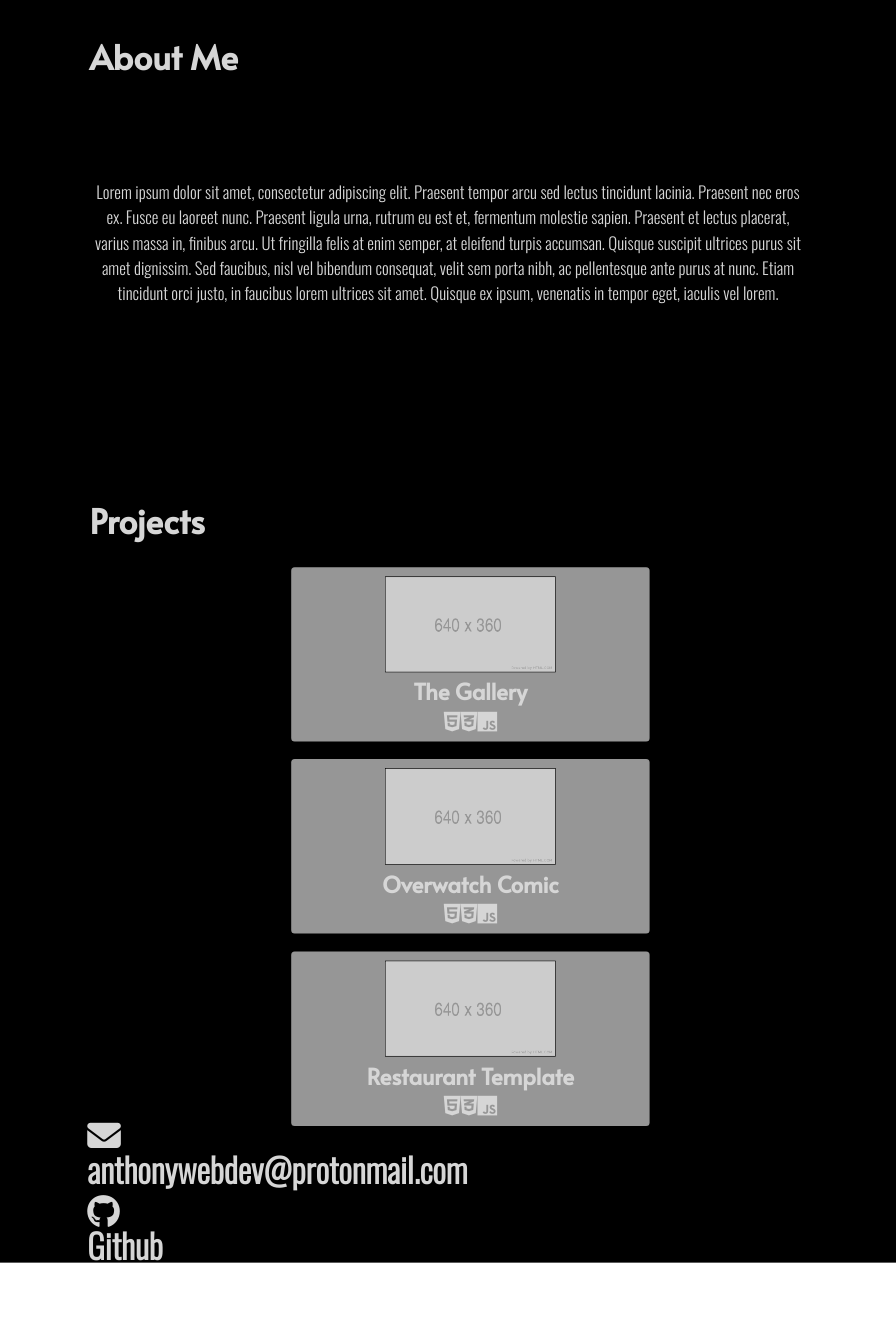
Repository: sloppytony/newport
Page: / (app in portfolio/)
The author's editor kept a copy of each file at every save. The page is drawn from the files as they stood at one save, then again after the next save.
The browser window is 1280 px wide. The pictures show the part of the page from y = 789 to 2709 px (the page is 2704 px tall before and 2709 px after), at 70% of full size.
Some web libraries are served in a nearby version. The project was rebuilt for these pictures with package versions that can differ from the ones it lists, and the page was loaded fresh each time. Also part of the build but not shown: portfolio/src/index.css.

Above is the page before, as saved 2020-08-23 19:53:52.

### portfolio/public/index.html
<!DOCTYPE html>
<html lang="en">
  <head>
    <meta charset="utf-8" />
    <link rel="icon" href="%PUBLIC_URL%/favicon.ico" />
    <meta name="viewport" content="width=device-width, initial-scale=1" />
    <meta name="theme-color" content="#000000" />
    <meta
      name="description"
      content="Web site created using create-react-app"
    />
    <link rel="apple-touch-icon" href="%PUBLIC_URL%/logo192.png" />
    <!--
      manifest.json provides metadata used when your web app is installed on a
      user's mobile device or desktop. See https://developers.google.com/web/fundamentals/web-app-manifest/
    -->
    <link rel="manifest" href="%PUBLIC_URL%/manifest.json" />
    <!--
      Notice the use of %PUBLIC_URL% in the tags above.
      It will be replaced with the URL of the `public` folder during the build.
      Only files inside the `public` folder can be referenced from the HTML.

      Unlike "/favicon.ico" or "favicon.ico", "%PUBLIC_URL%/favicon.ico" will
      work correctly both with client-side routing and a non-root public URL.
      Learn how to configure a non-root public URL by running `npm run build`.
    -->
    <link
      href="https://fonts.googleapis.com/css2?family=Alata&family=Oswald:wght@300&display=swap"
      rel="stylesheet"
    />
    <script
      src="https://kit.fontawesome.com/9a01f23326.js"
      crossorigin="anonymous"
    ></script>
    <title>React App</title>
  </head>
  <body>
    <noscript>You need to enable JavaScript to run this app.</noscript>
    <div id="root"></div>
    <!--
      This HTML file is a template.
      If you open it directly in the browser, you will see an empty page.

      You can add webfonts, meta tags, or analytics to this file.
      The build step will place the bundled scripts into the <body> tag.

      To begin the development, run `npm start` or `yarn start`.
      To create a production bundle, use `npm run build` or `yarn build`.
    -->
  </body>
</html>

### portfolio/src/App.js
import React from "react";

import "./App.css";

function App() {
  return (
    <body>
      <div className="section1">
        <div className="section1-container">
          <h1 className="mainTitle">Anthony Tostado</h1>
          <p className="mainPara">
            Welcome! take a look around...make yourself at home.
          </p>
          <h2 className="scroll">Scroll</h2>
        </div>
      </div>
      <div className="section2">
        <h1 className="title">About Me</h1>
        <p className="aboutPara">
          Lorem ipsum dolor sit amet, consectetur adipiscing elit. Praesent
          tempor arcu sed lectus tincidunt lacinia. Praesent nec eros ex. Fusce
          eu laoreet nunc. Praesent ligula urna, rutrum eu est et, fermentum
          molestie sapien. Praesent et lectus placerat, varius massa in, finibus
          arcu. Ut fringilla felis at enim semper, at eleifend turpis accumsan.
          Quisque suscipit ultrices purus sit amet dignissim. Sed faucibus, nisl
          vel bibendum consequat, velit sem porta nibh, ac pellentesque ante
          purus at nunc. Etiam tincidunt orci justo, in faucibus lorem ultrices
          sit amet. Quisque ex ipsum, venenatis in tempor eget, iaculis vel
          lorem.{" "}
        </p>
      </div>
      <div className="section3">
        <h1 className="projectTitle">Projects</h1>
        <div className="projectContent">
          <div className="card1">
            <img
              className="cardImage"
              src={require("../src/img/640x360.png")}
            ></img>
            <h1 className="cardTitle">The Gallery</h1>
            <div className="icons">
              <i className="fab fa-html5 fa-2x"></i>
              <i className="fab fa-css3-alt fa-2x"></i>
              <i className="fab fa-js fa-2x"></i>
            </div>
          </div>
          <div className="card2">
            <img
              className="cardImage"
              src={require("../src/img/640x360.png")}
            ></img>
            <h1 className="cardTitle">Overwatch Comic</h1>
            <div className="icons">
              <i className="fab fa-html5 fa-2x"></i>
              <i className="fab fa-css3-alt fa-2x"></i>
              <i className="fab fa-js fa-2x"></i>
            </div>
          </div>
          <div className="card3">
            <img
              className="cardImage"
              src={require("../src/img/640x360.png")}
            ></img>
            <h1 className="cardTitle">Restaurant Template</h1>
            <div className="icons">
              <i className="fab fa-html5 fa-2x"></i>
              <i className="fab fa-css3-alt fa-2x"></i>
              <i className="fab fa-js fa-2x"></i>
            </div>
          </div>
        </div>
      </div>
      <div className="section4">
        <h1 className="contactTitle">Contact</h1>
        <div className="contactIcons">
          <i className="fas fa-envelope fa-3x">
            <h1 className="contact">anthonywebdev@protonmail.com</h1>
          </i>
          <i className="fab fa-github fa-3x">
            <h1 className="contact">Github</h1>
          </i>
        </div>
      </div>
    </body>
  );
}

export default App;

### portfolio/src/App.css
* {
  margin: 0;
  padding: 0;
  box-sizing: border-box;
}

body {
  background: linear-gradient(
    180deg,
    rgba(0, 0, 0, 0) 10%,
    rgba(0, 0, 0, 1) 30%
  );

  height: 360vh;
  width: 100%;
}

.image {
  width: 100%;
  height: 100%;
}

/*opening page*/
.section1 {
  height: 100vh;
  width: 100%;
  display: flex;
  justify-content: center;
  align-items: center;
  flex-direction: column;
}

div.section1-container {
  width: 80%;
  height: 75vh;
  background: url("./img/mountainspace.jfif");
  background-size: cover;
  background-position: bottom;
  display: flex;
  justify-content: center;
  align-items: center;
  flex-direction: column;
  box-shadow: -5px 5px 5px rgba(44, 44, 44, 0.5);
  border: 5px solid rgb(214, 214, 214);
}

.mainTitle {
  font-family: "Alata", sans-serif;
  font-weight: 100;
  font-size: 400%;
  display: flex;
  justify-content: center;
  align-items: center;
  text-align: center;
  color: rgb(214, 214, 214);

  animation: fadeIn 1.5s;
  border: 3px solid white;
  width: 50%;
  height: 20%;
}

.mainPara {
  font-family: "Oswald", sans-serif;
  font-size: 200%;
  display: flex;
  align-items: center;
  text-align: center;
  color: rgb(214, 214, 214);
  padding: 5%;
  text-shadow: -5px 5px 5px rgba(44, 44, 44, 0.5);
  animation: fadeIn 1.5s;
}

.scroll {
  font-family: "Oswald", sans-serif;
  font-size: 300%;
  padding-bottom: 2%;
  animation: pulse 2.5s infinite;
  color: rgb(214, 214, 214);
}

/*about*/
.section2 {
  height: 90vh;
  width: 100%;
  overflow: hidden;
  display: flex;
  align-items: center;
  justify-content: center;
  flex-direction: column;
  margin-bottom: 10%;
}

.title {
  height: 20vh;
  width: 80%;

  font-family: "Alata", sans-serif;
  font-size: 300%;
  color: rgb(214, 214, 214);
}

.projectTitle {
  height: 20vh;
  width: 80%;
  margin-top: 10%;
  font-family: "Alata", sans-serif;
  font-size: 300%;
  color: rgb(214, 214, 214);
}

p.aboutPara {
  width: 80%;
  height: 20vh;
  text-align: center;
  margin: 5%;
  font-size: 150%;
  font-family: "Oswald", sans-serif;
  color: rgb(214, 214, 214);
}

/*projects*/
.section3 {
  height: 100vh;
  width: 100%;

  color: rgb(16, 130, 230);
  display: flex;
  justify-content: center;
  align-items: center;
  flex-direction: column;
}

div.projectContent {
  width: 100%;
  height: 99vh;
  display: flex;
  align-items: center;
  justify-content: center;
  flex-direction: column;
  margin-top: 5%;
}

div.card1 {
  height: 50%;
  width: 40%;
  display: flex;
  justify-content: center;
  align-items: center;
  flex-direction: column;
  background: rgb(214, 214, 214, 0.7);
  border-radius: 5px 5px 5px;
  margin-left: 5%;
  padding: 1%;
  margin-top: 2%;
}

div.card2 {
  height: 50%;
  width: 40%;
  display: flex;
  justify-content: center;
  align-items: center;
  flex-direction: column;
  background: rgb(214, 214, 214, 0.7);
  border-radius: 5px 5px 5px;
  margin-left: 5%;
  padding: 1%;
  margin-top: 2%;
}

div.card3 {
  height: 50%;
  width: 40%;
  display: flex;
  justify-content: center;
  align-items: center;
  flex-direction: column;
  background: rgb(214, 214, 214, 0.7);
  border-radius: 5px 5px 5px;
  margin-left: 5%;
  padding: 1%;
  margin-top: 2%;
}

img.cardImage {
  width: 50%;
  border: 1px solid black;
}

h1.cardTitle {
  margin: 1%;
  font-size: 300;
  font-family: "Alata", sans-serif;
  color: rgb(214, 214, 214);
}

/*contact*/
div.section4 {
  height: 50vh;
  width: 75%;

  margin-top: 10%;
  margin-left: 6%;
}

div.contactIcons {
  height: 30vh;
  display: flex;
  justify-content: space-around;
  align-items: baseline;
  flex-direction: column;
  padding-left: 5%;
  color: rgb(214, 214, 214);
}

.contact {
  font-family: "Oswald", sans-serif;
  font-size: 100%;
}

i {
  color: rgb(214, 214, 214);
}

@media only screen and (max-width: 1025px) {
  .contact {
  }

  .contact {
    font-size: 50%;
  }
}

@keyframes fadeIn {
  from {
    opacity: 0;
  }
  to {
    opacity: 1;
  }
}

@keyframes pulse {
  0% {
    opacity: 0;
  }

  50% {
    opacity: 1;
  }
  100% {
    opacity: 0;
  }
}

Loaded but not shown: portfolio/src/index.js (common file); portfolio/src/serviceWorker.js (common file)

After the next save:
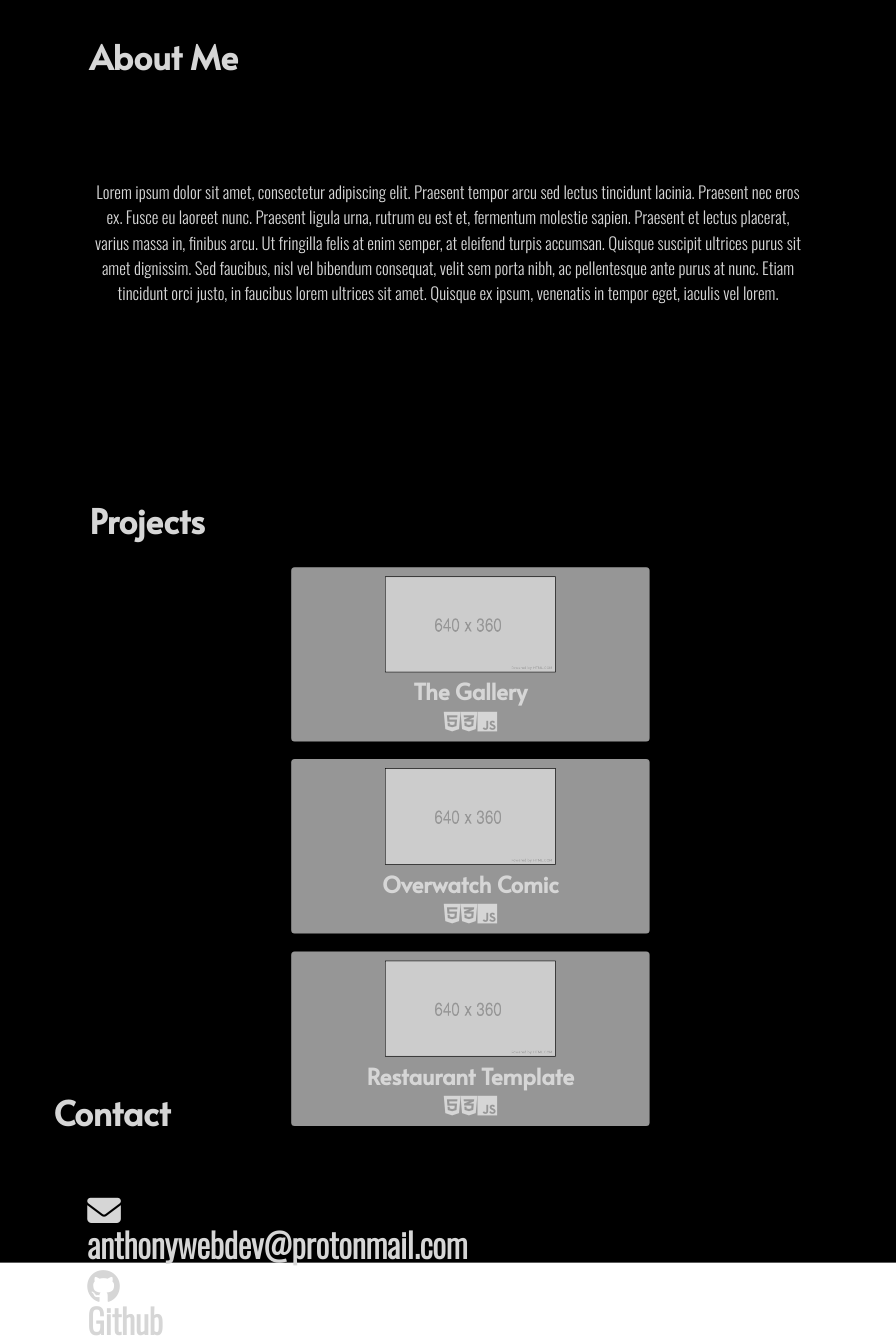
Saved 23 s later.
--- a/portfolio/src/App.css
+++ b/portfolio/src/App.css
@@ -110,6 +110,15 @@ div.section1-container {
   color: rgb(214, 214, 214);
 }
 
+.contactTitle {
+  height: 20vh;
+  width: 80%;
+  margin-top: 10%;
+  font-family: "Alata", sans-serif;
+  font-size: 300%;
+  color: rgb(214, 214, 214);
+}
+
 p.aboutPara {
   width: 80%;
   height: 20vh;
